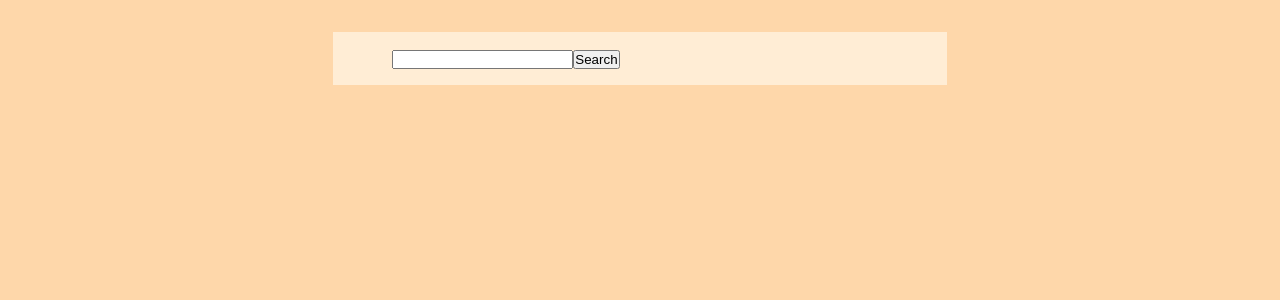
Repository: sandipkarmokar/recipeApp
Page: /
The author's editor kept a copy of each file at every save. The page is drawn from the files as they stood at one save, then again after the next save.
The browser window is 1280 px wide. The pictures show the whole page.
The project was rebuilt for these pictures with package versions that can differ from the ones it lists, and the page was loaded fresh each time.

Above is the page before, as saved 2022-04-16 11:50:21.

After the next save:
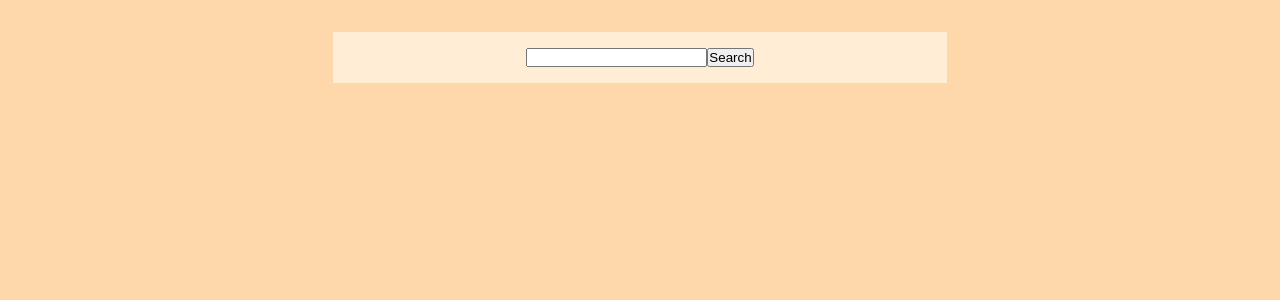
Saved 6 s later.
--- a/src/App.css
+++ b/src/App.css
@@ -22,10 +22,10 @@
     width: 60%;
     background-color: #ffedd5;
     padding: 1rem 2rem;
-    display: flex;
-    justify-content: center;
 }
 .app .app-container .searchBar .searchBar-container {
     width: 90%;
     margin: 0 auto;
+    display: flex;
+    justify-content: center;
 }
